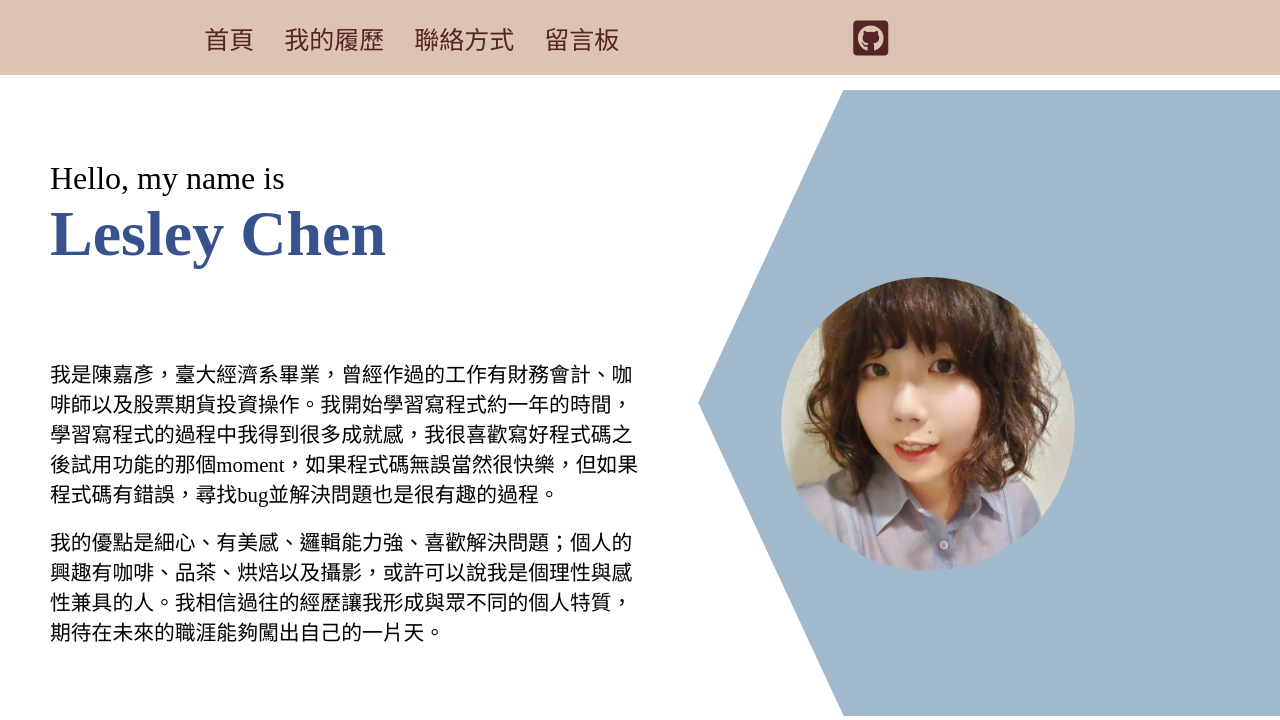
Repository: lcjyc/portfolio-website
Page: /
The author's editor kept a copy of each file at every save. The page is drawn from the files as they stood at one save, then again after the next save.
The browser window is 1280 px wide. The pictures show the whole page.
The project was rebuilt for these pictures with package versions that can differ from the ones it lists, and the page was loaded fresh each time. Also part of the build but not shown: src/pages/resume/resume.css, src/pages/resume/Resume.jsx, src/pages/contact/contact.css, src/pages/contact/Contact.jsx.

Above is the page before, as saved 2022-08-20 09:27:23.

After the next save:
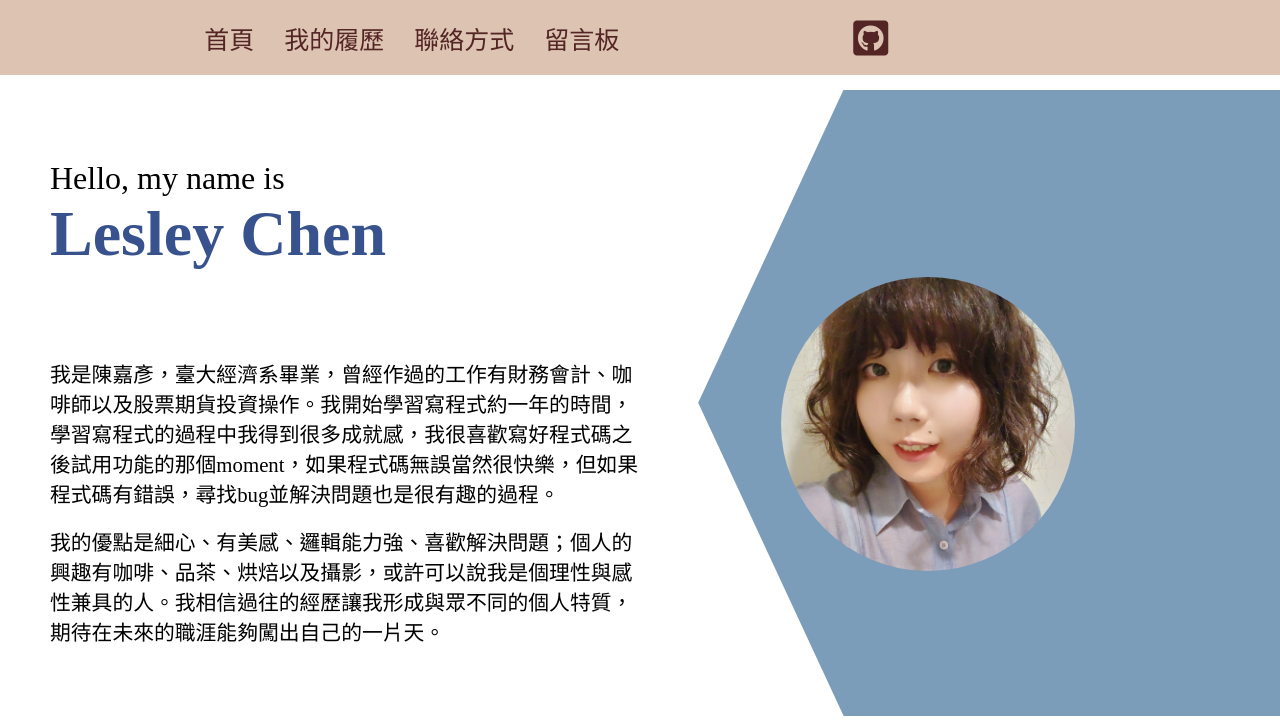
Saved 12 s later.
--- a/src/pages/home/home.css
+++ b/src/pages/home/home.css
@@ -87,7 +87,7 @@
 
 .i-bg {
   clip-path: polygon(100% 0%, 100% 51%, 100% 100%, 25% 100%, 0% 50%, 25% 0%);
-  background-color: rgb(67, 116, 156, 0.5);
+  background-color: rgb(67, 116, 156, 0.7);
   width: 100%;
   height: 100%;
   position: absolute;

After the save that followed:
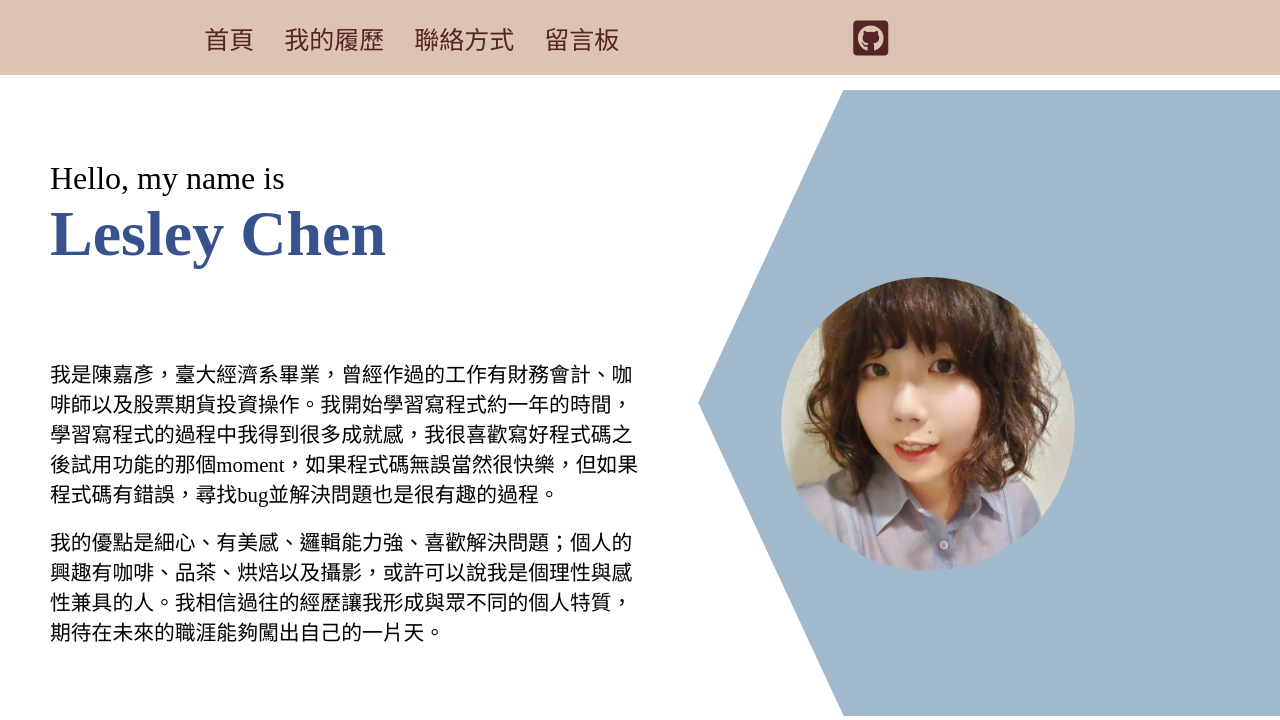
Saved 10 s later.
--- a/src/pages/home/home.css
+++ b/src/pages/home/home.css
@@ -87,7 +87,7 @@
 
 .i-bg {
   clip-path: polygon(100% 0%, 100% 51%, 100% 100%, 25% 100%, 0% 50%, 25% 0%);
-  background-color: rgb(67, 116, 156, 0.7);
+  background-color: rgb(67, 116, 156, 0.5);
   width: 100%;
   height: 100%;
   position: absolute;
